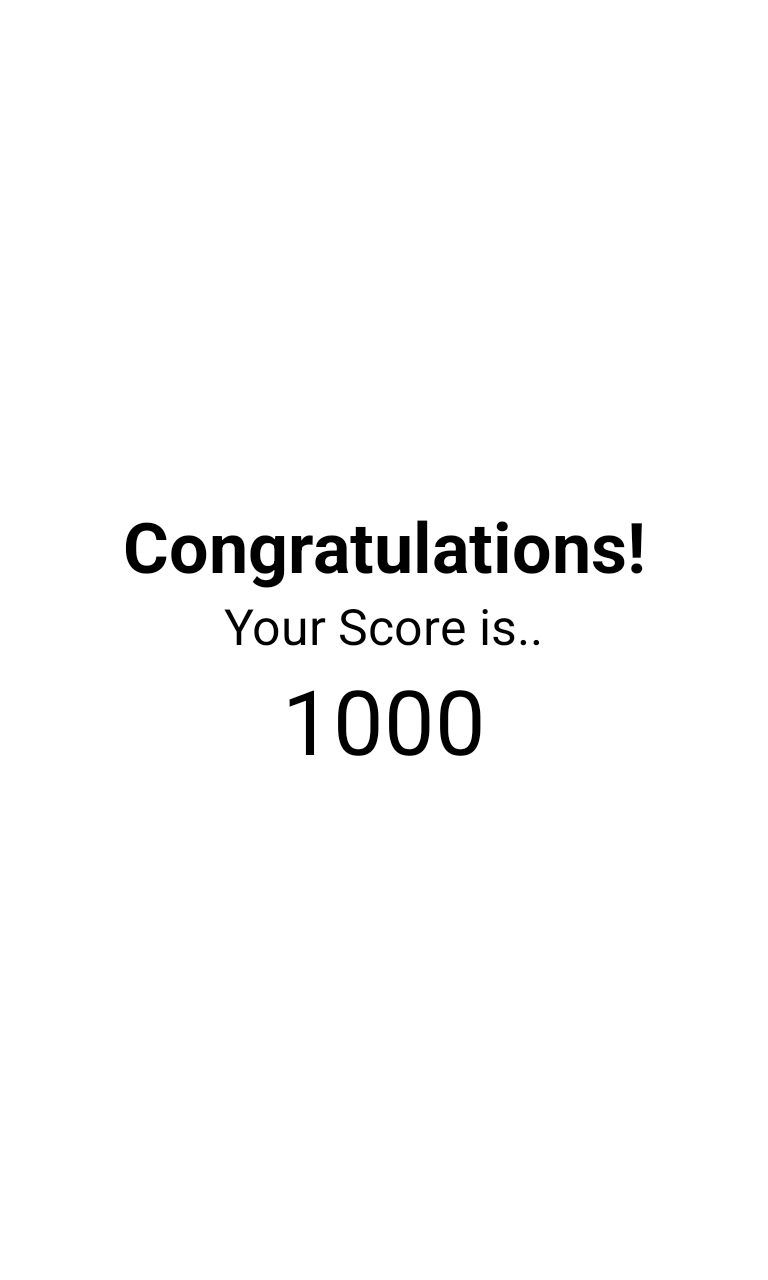
Repository: AGNT/Mobile_application_SU13
Layout: android/Locate/res/layout/activity_final_points.xml
These files come from the project's save history. The layout is drawn as it stood at one moment and after the next save; the edit follows.
It is drawn on a 768 x 1280 px phone screen (xhdpi) without system bars, with theme AppTheme; the app's code is not run.

Above is the layout before, as saved 2013-08-11 02:52:20.

After the next save:
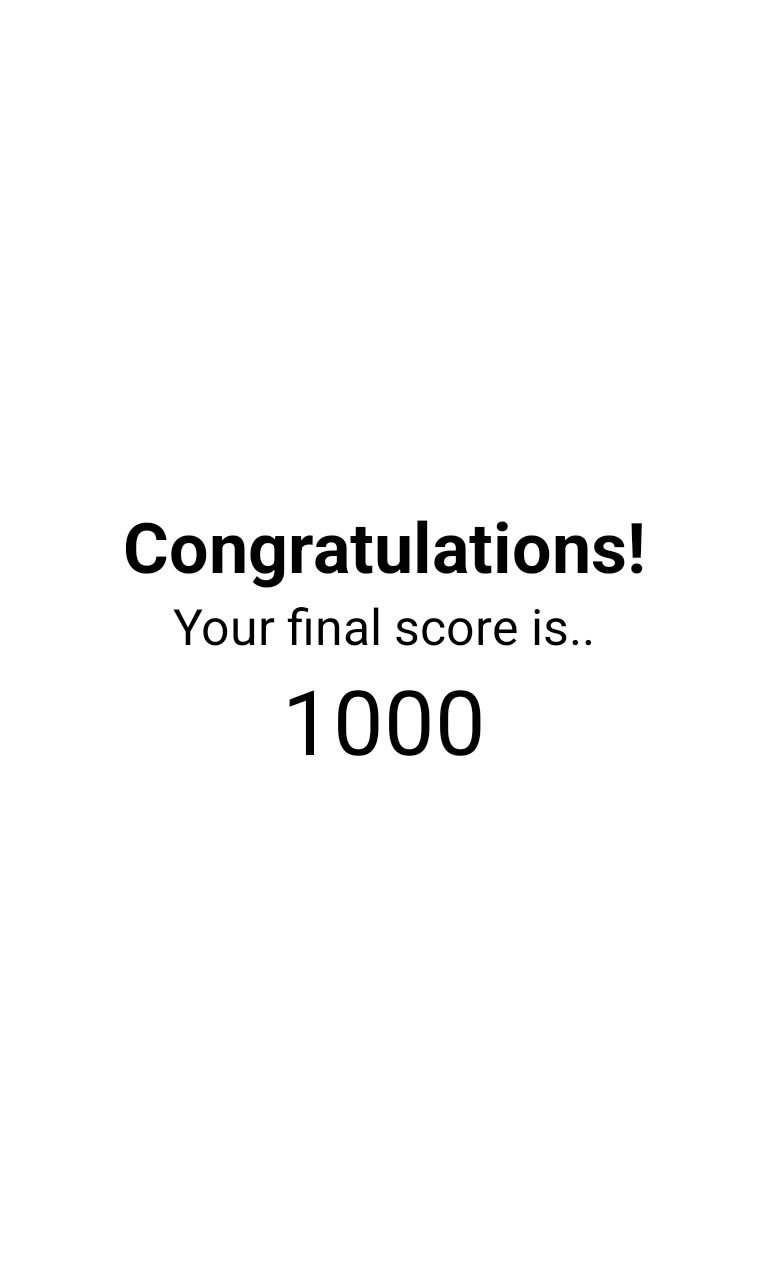
Saved 19 s later.
--- a/android/Locate/res/layout/activity_final_points.xml
+++ b/android/Locate/res/layout/activity_final_points.xml
@@ -19,7 +19,7 @@
     <TextView
         android:layout_width="wrap_content"
         android:layout_height="wrap_content"
-        android:text="Your Score is.."
+        android:text="Your final score is.."
         android:textAppearance="?android:attr/textAppearanceMedium"
         android:textColor="#000000"
         android:textSize="25sp"
